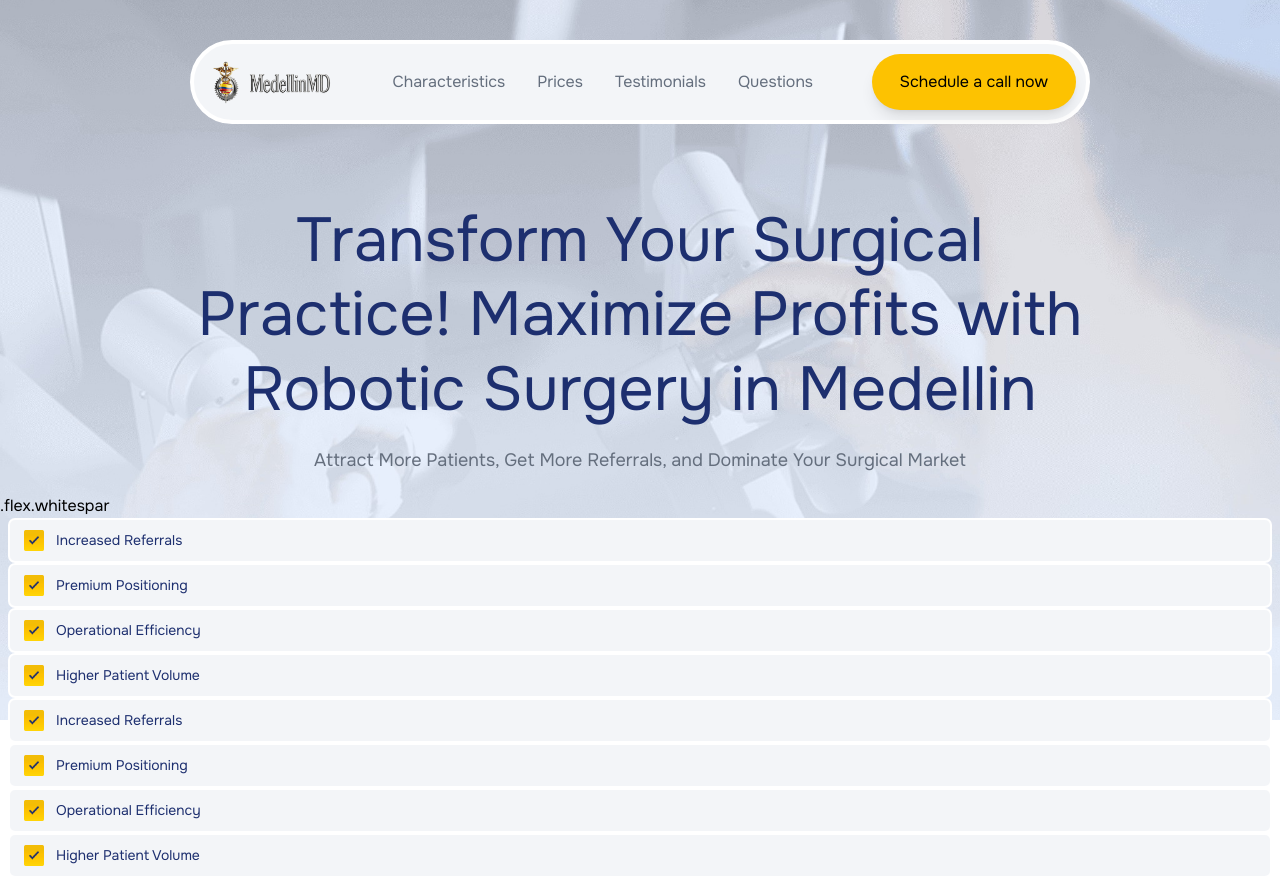
Repository: emmanueltech2019/cmd
Page: /home
These files come from the project's save history. The page is drawn as it stood at one moment and after a run of saves; the edit follows.
The browser window is 1280 px wide. The pictures show the whole page.
The project was rebuilt for these pictures with package versions that can differ from the ones it lists, and the page was loaded fresh each time. The framework's server and built-in components were replaced by stand-ins that run in the browser. Also part of the build but not shown: next.config.mjs.

Above is the page before, as saved 2025-05-15 16:36:45.

After the next 4 saves:
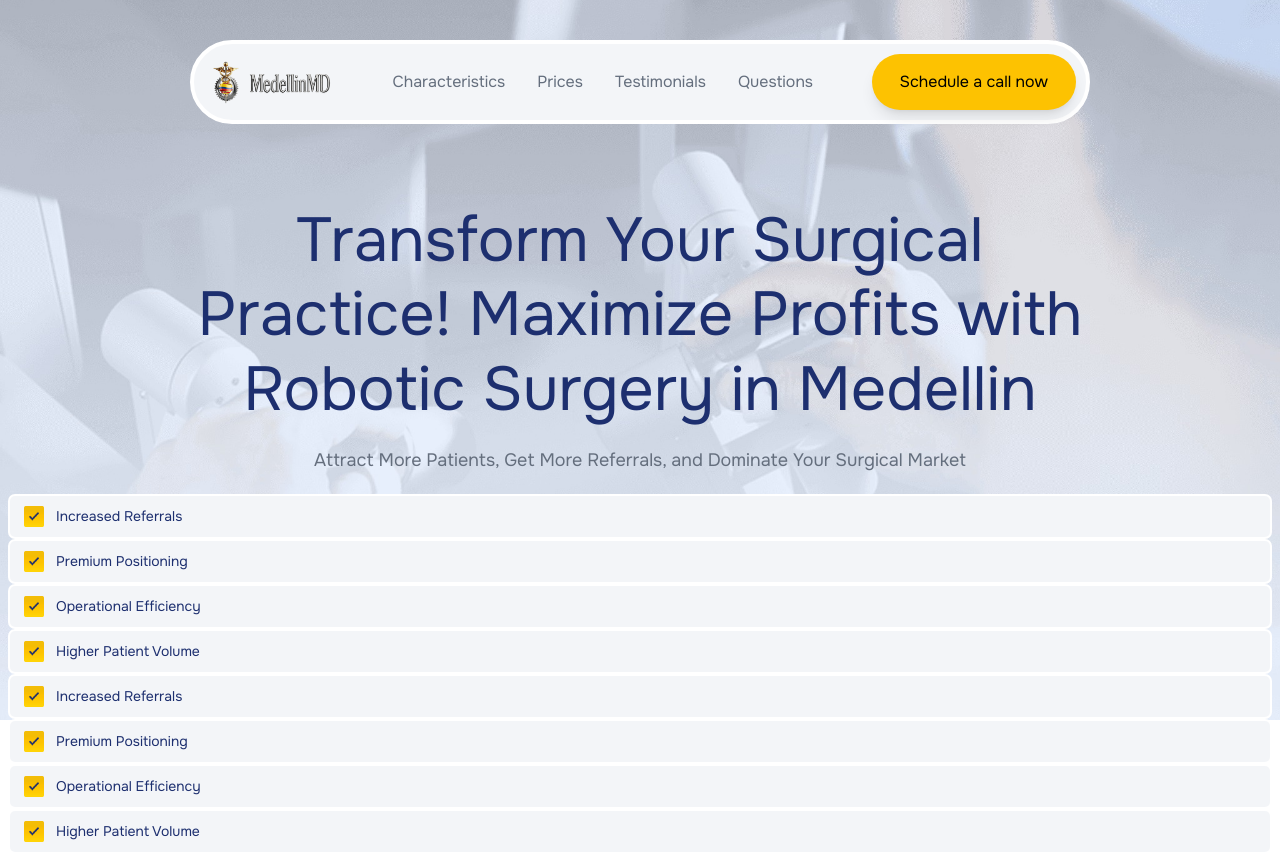
The 4 saves are shown as one change because they came seconds apart.
The last was saved 15 s later.
--- a/src/app/home/page.jsx
+++ b/src/app/home/page.jsx
@@ -50,7 +50,9 @@ const page = () => {
                 <p className='text-websubhero-font text-web-navgray text-center py-5'>Attract More Patients, Get More Referrals, and Dominate Your Surgical Market</p>
             </div>
             <div className="whitespace-nowrap overflow-hidden">
-                .flex.whitespar
+                <div className="flex whitespace-nowrap">
+
+                </div>
                 {slideViewData.map((item) => (
                     <SlideView key={`a-${item.id}`}>
                         <div className="flex gap-3">
